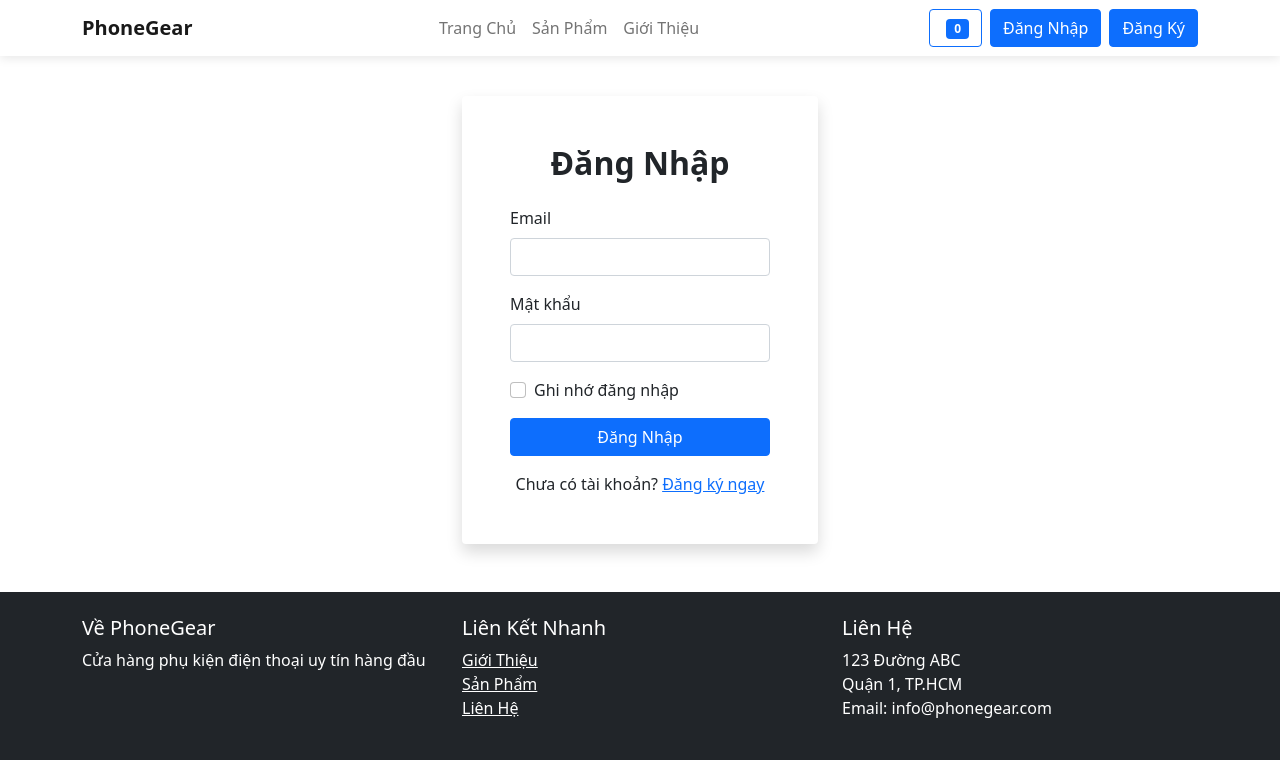
Repository: duyzo/14_23719461_VoNguyenBaoDuy
Page: html/login.html
An editor plug-in stored every save of this project. The page is shown before and after the next save, followed by the edit.
The browser window is 1280 px wide. The pictures show the whole page.

Above is the page before, as saved 2025-04-22 16:27:40.

After the next save:
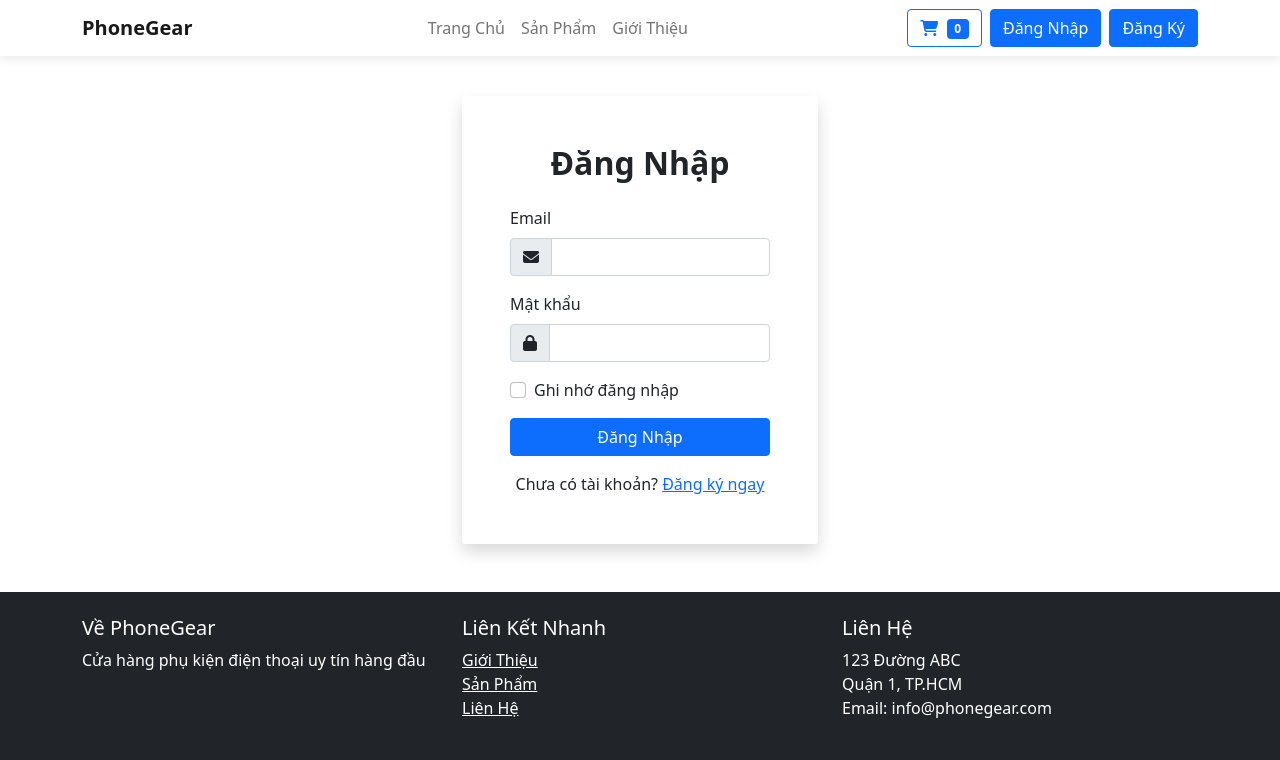
Saved 5 s later.
--- a/html/login.html
+++ b/html/login.html
@@ -31,7 +31,7 @@
                 </ul>
                 <div class="d-flex align-items-center">
                     <a href="cart.html" class="btn btn-outline-primary me-2">
-                        <i class="bi bi-cart"></i>
+                        <i class="fas fa-shopping-cart"></i>
                         <span class="badge bg-primary text-white ms-1" id="cartCount">0</span>
                     </a>
                     <a href="login.html" class="btn btn-outline-primary me-2 active">Đăng Nhập</a>
@@ -50,11 +50,17 @@
                         <form id="loginForm">
                             <div class="mb-3">
                                 <label for="email" class="form-label">Email</label>
-                                <input type="email" class="form-control" id="email" name="email" required>
+                                <div class="input-group">
+                                    <span class="input-group-text"><i class="fas fa-envelope"></i></span>
+                                    <input type="email" class="form-control" id="email" name="email" required>
+                                </div>
                             </div>
                             <div class="mb-3">
                                 <label for="password" class="form-label">Mật khẩu</label>
-                                <input type="password" class="form-control" id="password" name="password" required>
+                                <div class="input-group">
+                                    <span class="input-group-text"><i class="fas fa-lock"></i></span>
+                                    <input type="password" class="form-control" id="password" name="password" required>
+                                </div>
                             </div>
                             <div class="mb-3 form-check">
                                 <input type="checkbox" class="form-check-input" id="rememberMe" name="rememberMe">
